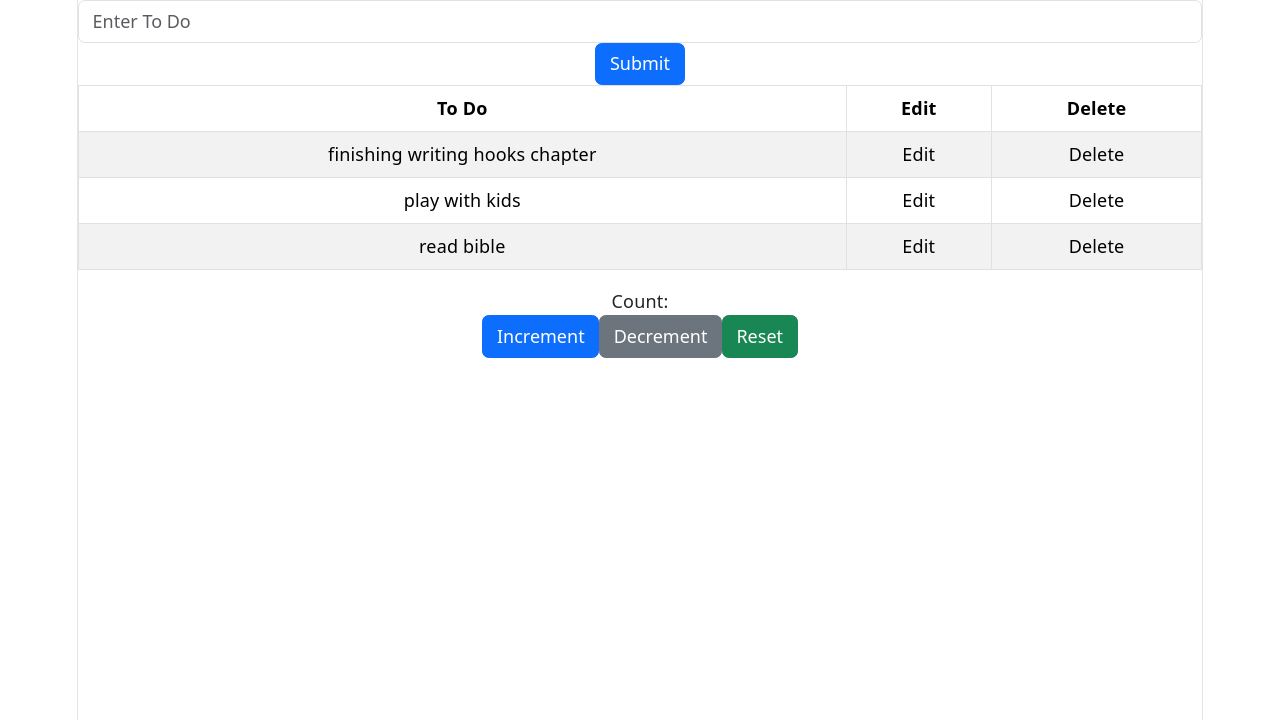
Repository: Sydwell1/ReactCourse
Page: / (app in Chapter8/react-hooks-chapter8-start/)
An editor plug-in stored every save of this project. The page is shown before and after the next save, followed by the edit.
The browser window is 1280 px wide. The pictures show the whole page.
The project was rebuilt for these pictures with package versions that can differ from the ones it lists, and the page was loaded fresh each time. Also part of the build but not shown: Chapter8/react-hooks-chapter8-start/vite.config.js.

Above is the page before, as saved 2026-11-24 16:10:47.

After the next save:
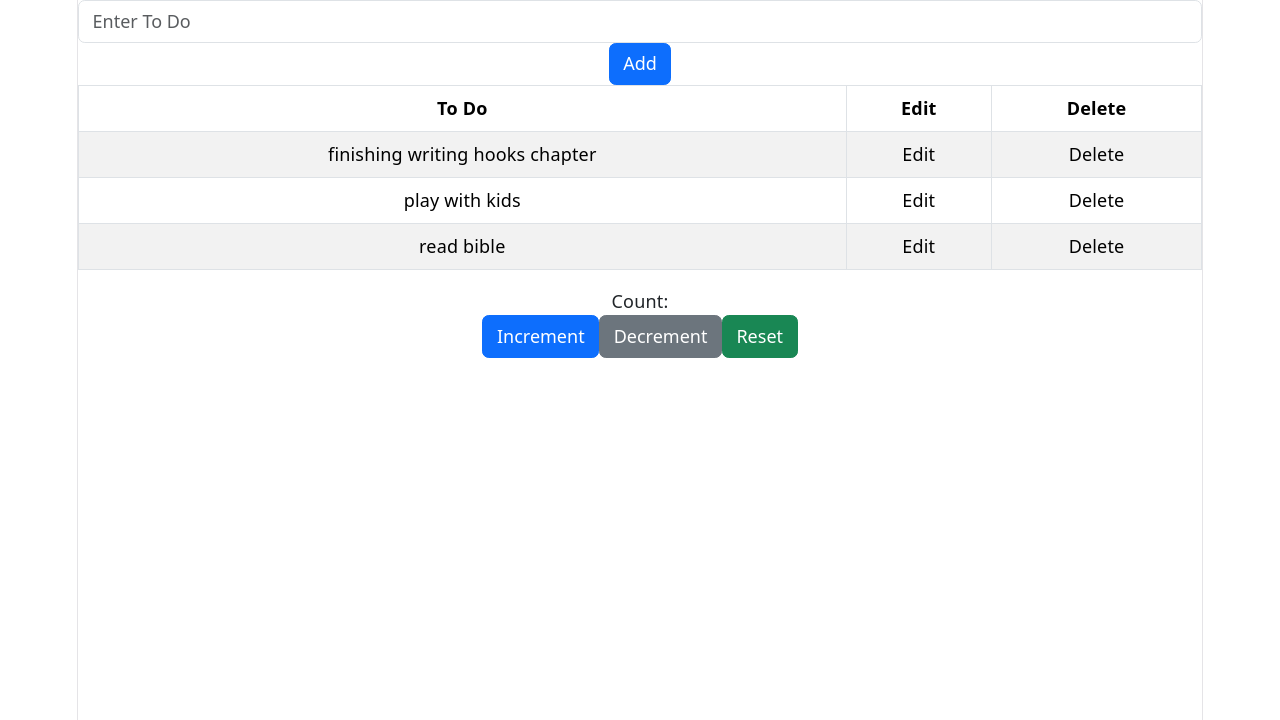
Saved 27 s later.
--- a/Chapter8/react-hooks-chapter8-start/src/ToDoList.jsx
+++ b/Chapter8/react-hooks-chapter8-start/src/ToDoList.jsx
@@ -27,7 +27,7 @@ function ToDoList() {
           />
         </Form.Group>
         <Button variant="primary" type="submit">
-          Submit
+          {buttonTitle}
         </Button>
       </Form>
 
